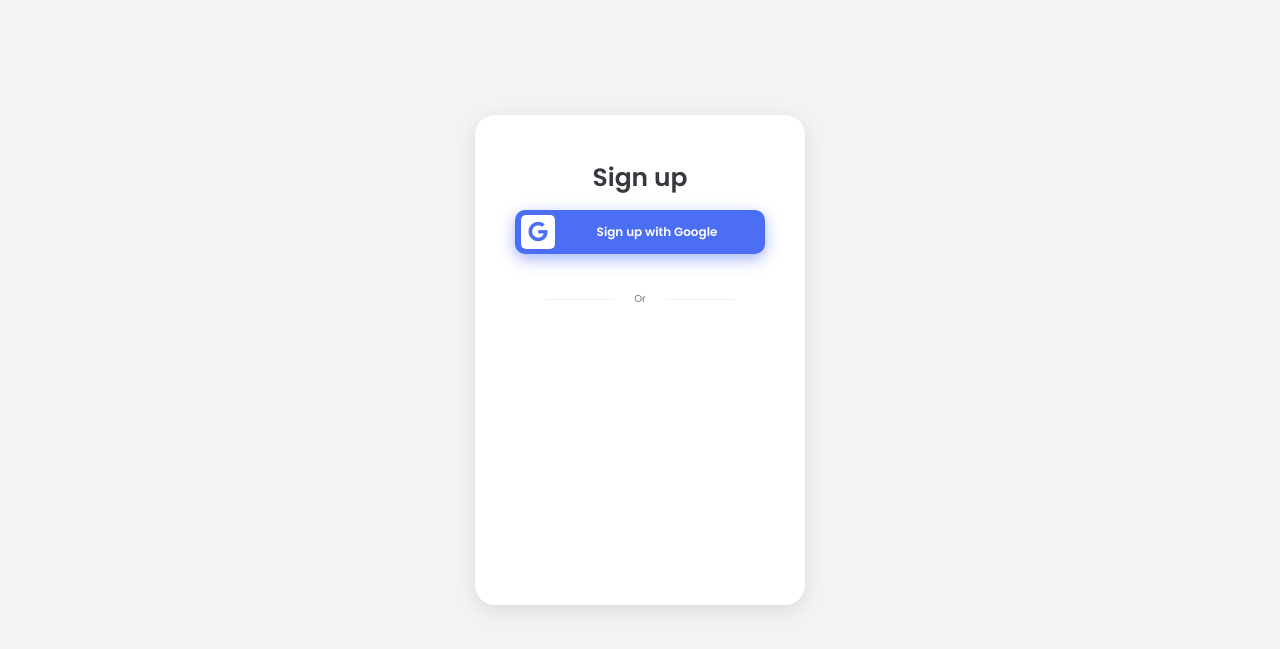
Repository: TranMinhMan040702/practice_html-css
Page: form-login/index.html
An editor plug-in stored every save of this project. The page is shown before and after the next save, followed by the edit.
The browser window is 1280 px wide. The pictures show the whole page.
Some web libraries are served in a nearby version.

Above is the page before, as saved 2022-08-24 13:22:35.

After the next save:
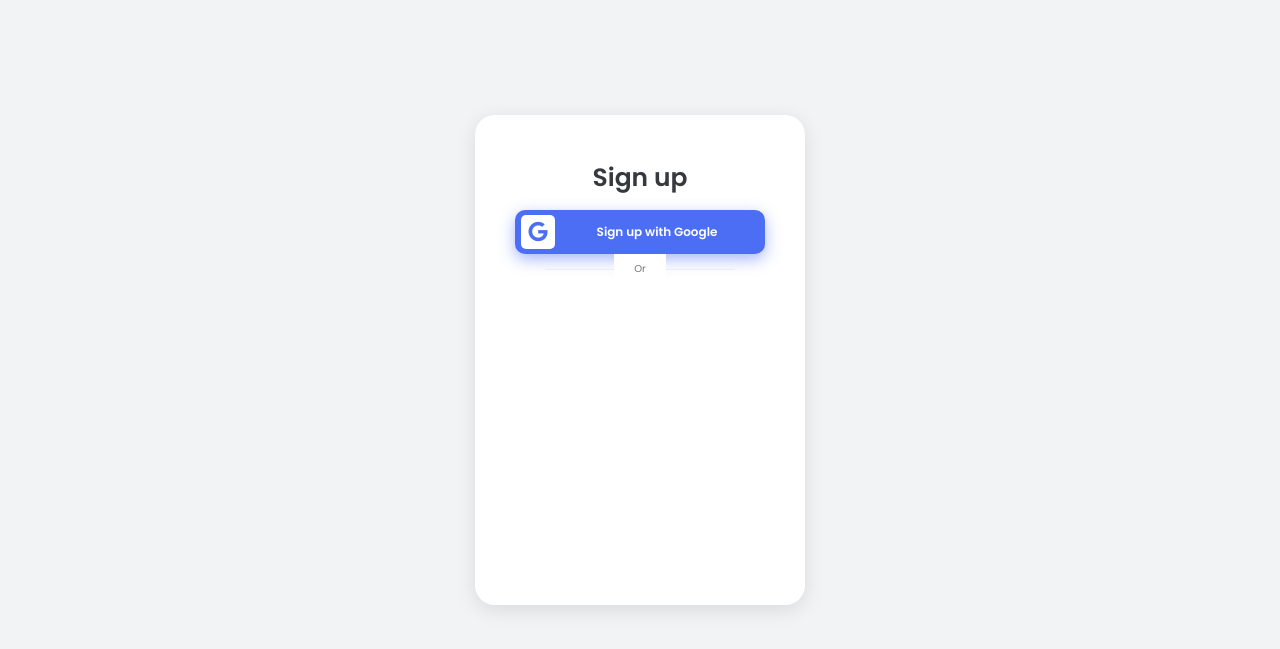
Saved 15 s later.
--- a/form-login/main.css
+++ b/form-login/main.css
@@ -74,7 +74,7 @@ body {
     color: #73777a;
     text-align: center;
     position: relative;
-    margin: 30px;
+    margin: 0 30px;
 }
 
 .signup-or span {
